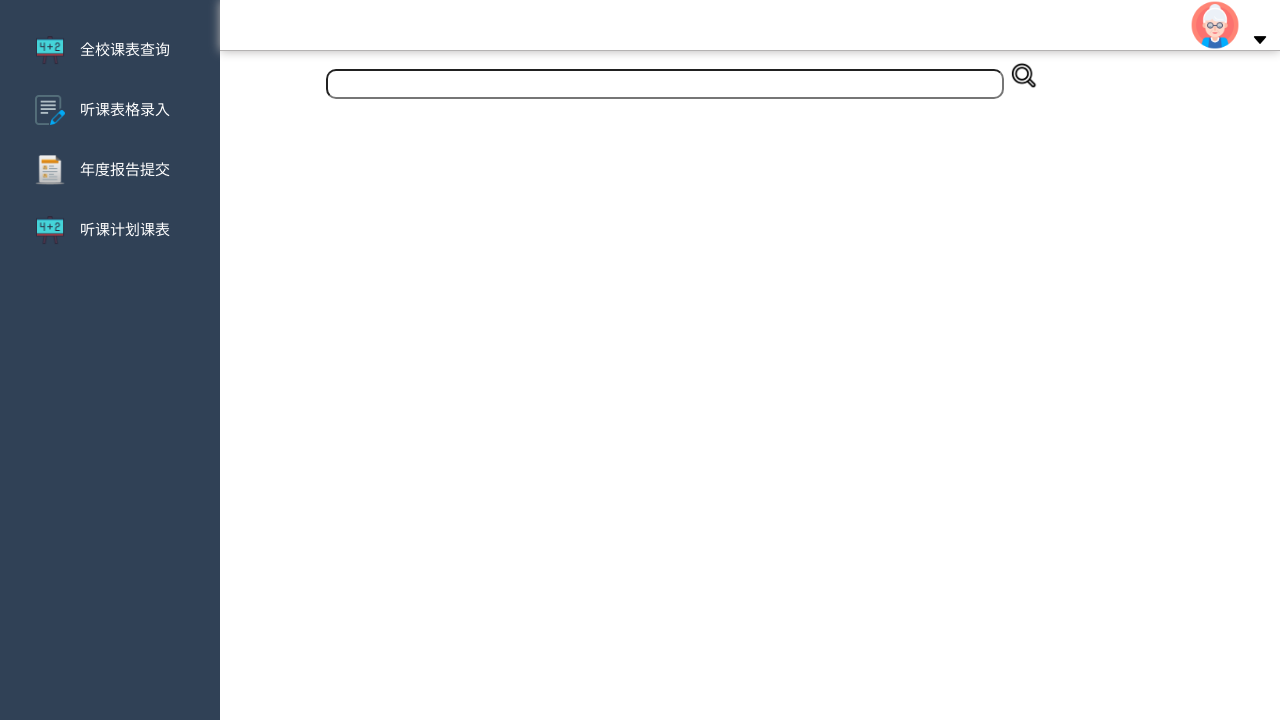
Repository: shandamengcheng/graduate-project
Page: /home/search
These files come from the project's save history. The page is drawn as it stood at one moment and after the next save; the edit follows.
The browser window is 1280 px wide. The pictures show the whole page.
The project was rebuilt for these pictures with package versions that can differ from the ones it lists, and the page was loaded fresh each time. Also part of the build but not shown: src/views/Login.vue.

Above is the page before, as saved 2021-03-14 12:34:20.

### src/App.vue
<template>
  <div id="app">
    <router-view/>
  </div>
</template>

<style>
* {
  margin: 0;
  padding: 0;
  -webkit-box-sizing: inherit;
  box-sizing: inherit;
}

#app, html, body{
  font-family: Avenir, Helvetica, Arial, sans-serif;
  -webkit-font-smoothing: antialiased;
  -moz-osx-font-smoothing: grayscale;
  text-align: center;
  color: #2c3e50;
  height: 100%;
  overflow: hidden;
}

</style>

### src/router/index.js
import Vue from 'vue'
import VueRouter from 'vue-router'
import Home from '../views/Home.vue'
import Login from '../views/Login.vue';
import Search from '../components/Search.vue';

Vue.use(VueRouter)

const routes = [
  {
    path: '/',
    name: 'Login',
    component: Login
  },
  {
    path: '/home',
    name: Home,
    component: Home,
    children:[
      {
        path: '/',
        name: 'Search',
        component: Search,
      },
      {
        path: 'search',
        name: 'Search',
        component: Search,
      }
    ]
  }
]

const router = new VueRouter({
  mode: 'history',
  base: process.env.BASE_URL,
  routes
})

export default router

### src/views/Home.vue
<template>
  <div class="home">
    <SideBar />
    <div class="main">
      <NavigationBar />
      <router-view />
      <!-- <Search /> -->
    </div>
  </div>
</template>

<script>
// @ is an alias to /src
import Login from "@/views/Login";
import SideBar from "@/components/SideBar";
import NavigationBar from "@/components/NavigationBar";
import Search from "@/components/Search";

export default {
  name: "Home",
  components: {
    Login,
    SideBar,
    NavigationBar,
    Search,
  },
};
</script>

<style scoped>
.home {
  min-height: 100%;
  width: 100%;
  display: flex;
  flex-direction: row;
  /* background-color: #2d3a4b;
    color: white; */
  overflow: hidden;
}
.main {
  width: calc(100% - 220px);
  min-width: 600px;
}
</style>

### src/components/Search.vue
<template>
  <div class="search">
    <input type="search" />
    <img src="@/assets/search.png" >
  </div>
</template>

<script>
export default {
  name: "Search",
};
</script>

<style scoped>
.search {
  width: 80%;
  margin: auto;
  height: 30px;
  margin-top: 10px;
  text-align: left;
  font-size: 0;
}
.search input {
  display: inline-block;
  width: 80%;
  height: 30px;
  line-height: 30px;
  margin: auto;
  border-radius: 10px;
  outline: none;
  font-size: 20px;
  padding: 0 5px;
  box-sizing: border-box;
}
.search img {
  display: inline-block;
  width: 30px;
  height: 30px;
  margin-left: 5px;
}
</style>

### src/components/SideBar.vue
<template>
  <div class="sidebar">
    <SideBarItem>
      <img src="@/assets/class.png">
      <div>全校课表查询</div>
    </SideBarItem>
    <SideBarItem>
      <img src="@/assets/sheet.png">
      <div>听课表格录入</div>
    </SideBarItem>
    <SideBarItem>
      <img src="@/assets/report.png">
      <div>年度报告提交</div>
    </SideBarItem>
     <SideBarItem>
      <img src="@/assets/class.png">
      <div>听课计划课表</div>
    </SideBarItem>
  </div>
</template>

<script>
import SideBarItem from "@/components/SideBarItem";

export default {
  name: "SideBar",
  components: {
    SideBarItem,
  },

}
</script>

<style scoped>
.sidebar {
  width: 220px;
  min-width: 220px;
  height: 100vh;
  background: #304156;
  color: white;
  font-size: 15px;
  text-align: center;
  display: flex;
  flex-direction: column;
  padding-top: 20px;
}
</style>

### src/components/NavigationBar.vue
<template>
  <div class="navbar">
    <img src="@/assets/avatar.png" class="avatar-img">
    <img src="@/assets/arrow.png" class="avatar-submenu">
  </div>
</template>

<script>
export default {
  name: "NavigationBar",
}
</script>

<style scoped>
.navbar {
  width: 100%;
  height: 50px;
  /* background: pink; */
  display: flex;
  justify-content: flex-end;
  border-bottom: .5px solid rgb(180, 178, 178);
  box-shadow: 0px 0px 10px rgb(180, 178, 178);
}
.navbar img {
  display: inline-block;
  height: 100%;
  width: 50px;
  border-radius: 10px;
}
.navbar .avatar-submenu {
  width: 20px;
  height: 20px;
  margin: 30px 10px 0px 10px;
}
</style>

### src/components/SideBarItem.vue
<template>
  <div class="sidebar-item" @click="showSearchView">
    <slot>默认列表项</slot>
  </div>
</template>

<script>
export default {
  name: "SideBarItem",
  methods: {
    showSearchView: function() {
      this.$router.push('/home/search');
    }
  }
}
</script>

<style scoped>
.sidebar-item {
  height: 60px;
  padding: 0 10px;
  line-height: 60px;
  border: none;
  outline: none;
  cursor: pointer;
  display: flex;
  justify-content: center;
}
.sidebar-item img {
  /* display: inline-block; */
  align-self: center;
  height: 50%;
  vertical-align: middle;
  width: 15%;
  /* margin-right: 5px; */
}
.sidebar-item div {
  width: 60%;
  /* display: inline-block; */
}
</style>

Loaded but not shown: public/index.html (common file); src/main.js (common file); src/store/index.js (common file)

After the next save:
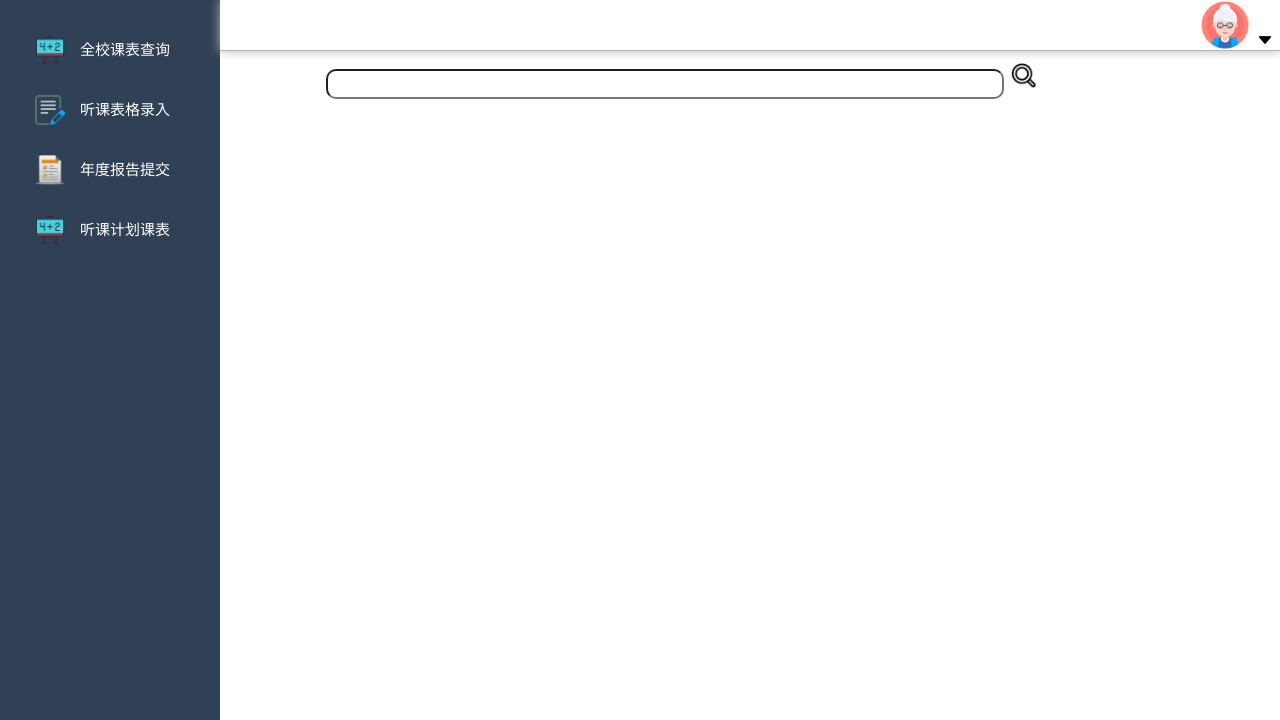
Saved 20 s later.
--- a/src/components/NavigationBar.vue
+++ b/src/components/NavigationBar.vue
@@ -30,6 +30,6 @@ export default {
 .navbar .avatar-submenu {
   width: 20px;
   height: 20px;
-  margin: 30px 10px 0px 10px;
+  margin: 30px 5px 0px 5px;
 }
 </style>
